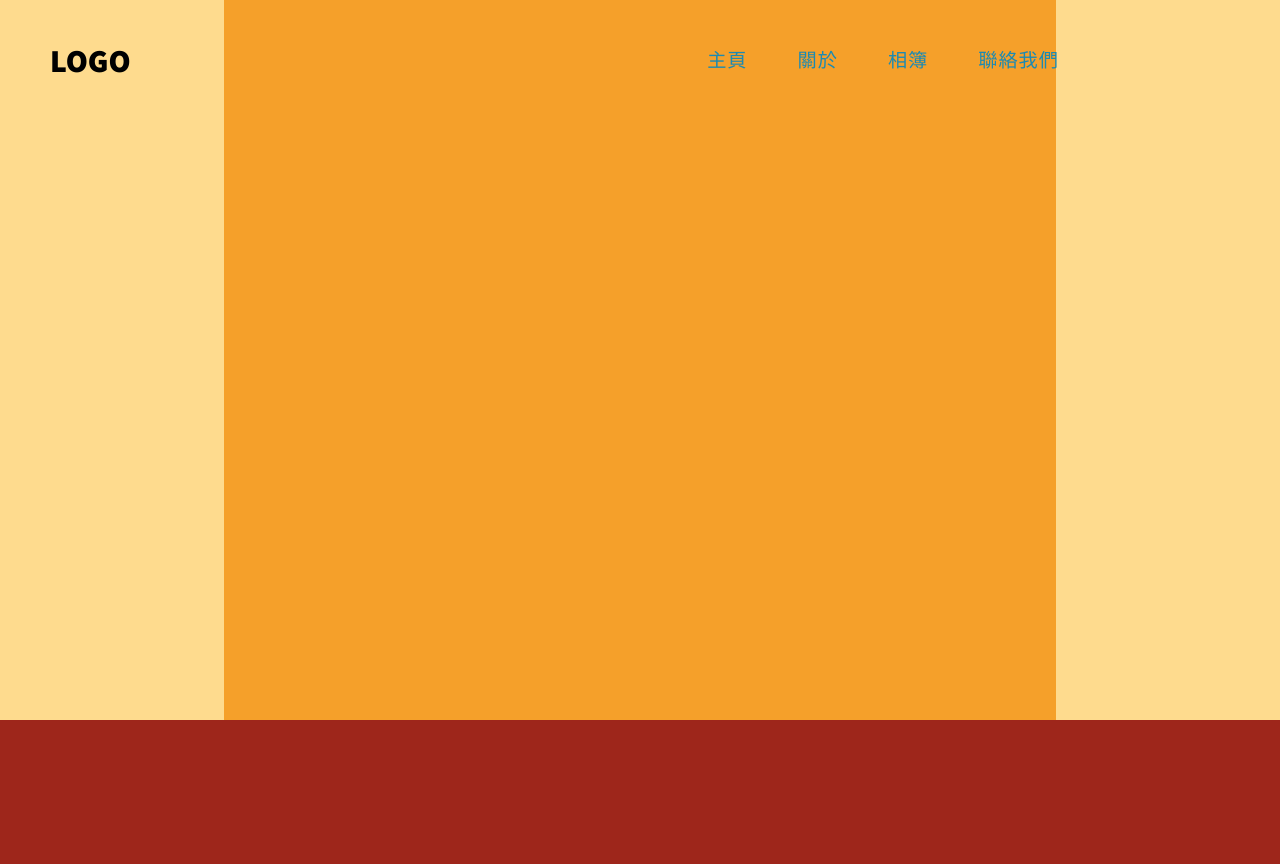
Repository: KevinYu0515/guanghui-food-website
Page: /
An editor plug-in stored every save of this project. The page is shown before and after a run of saves, followed by the edit.
The browser window is 1280 px wide. The pictures show the whole page.
The project was rebuilt for these pictures with package versions that can differ from the ones it lists, and the page was loaded fresh each time. Also part of the build but not shown: vue.config.js.

Above is the page before, as saved 2022-03-17 14:46:07.

After the next 3 saves:
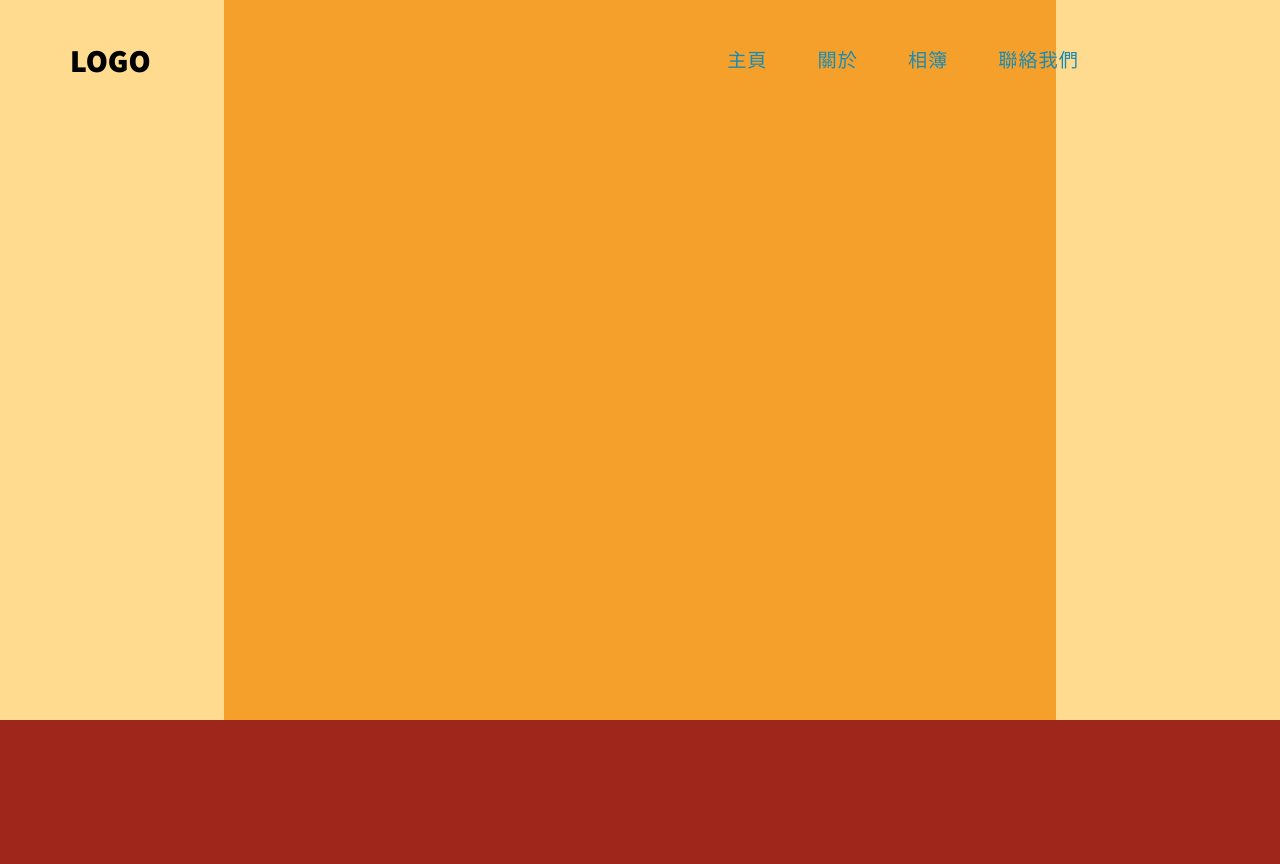
The 3 saves are shown as one change because they came seconds apart.
The last was saved 13 s later.
--- a/src/assets/scss/navbar.scss
+++ b/src/assets/scss/navbar.scss
@@ -2,7 +2,7 @@
 #header{
     position: fixed;
     top: 0;
-    left:0;
+    left: 20px;
     width:80%;
     height: 80px;
     padding: 20px 100px 0px 50px;
